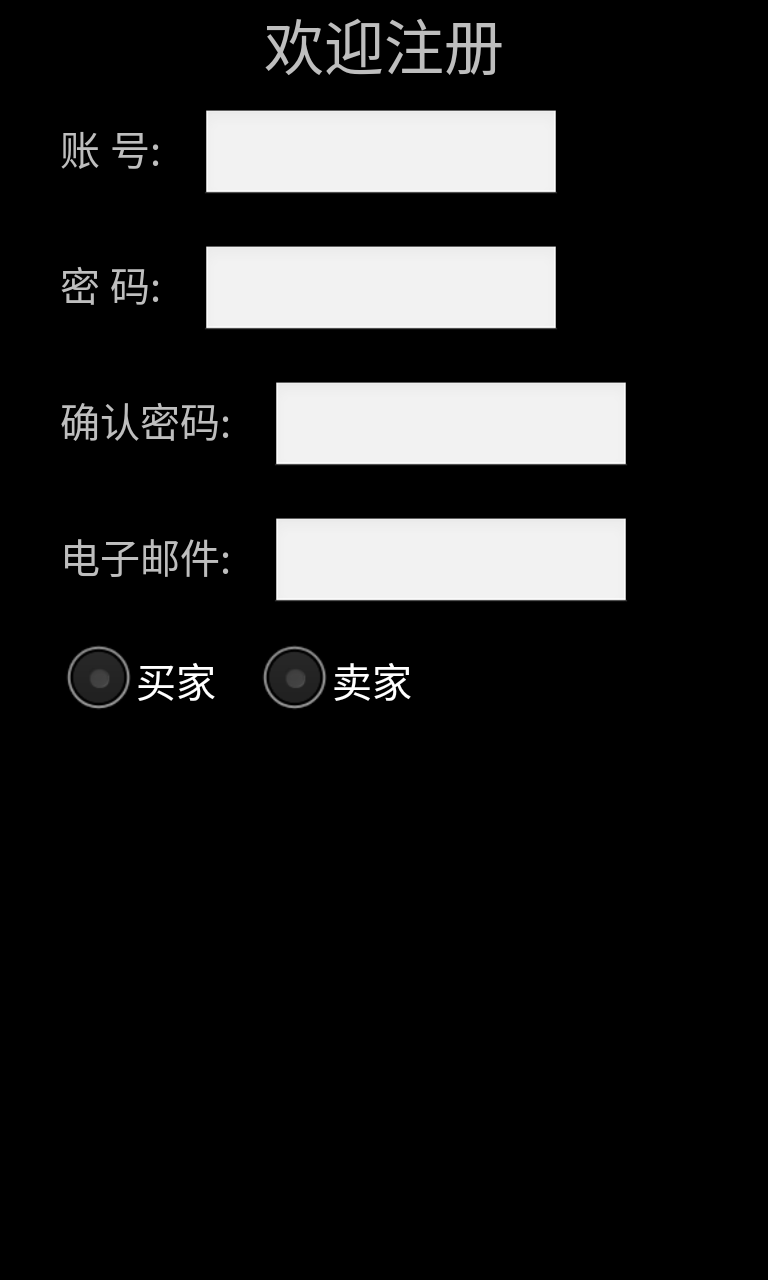
Repository: jcyfkimi/Android-TaoTao
Layout: TaoTao/res/layout/reg.xml
An editor plug-in stored every save of this project. The layout is shown before and after the next save, followed by the edit.
It is drawn on a 768 x 1280 px phone screen (xhdpi) without system bars, with theme android:Theme; the app's code is not run.

Above is the layout before, as saved 2011-09-13 07:25:18.

After the next save:
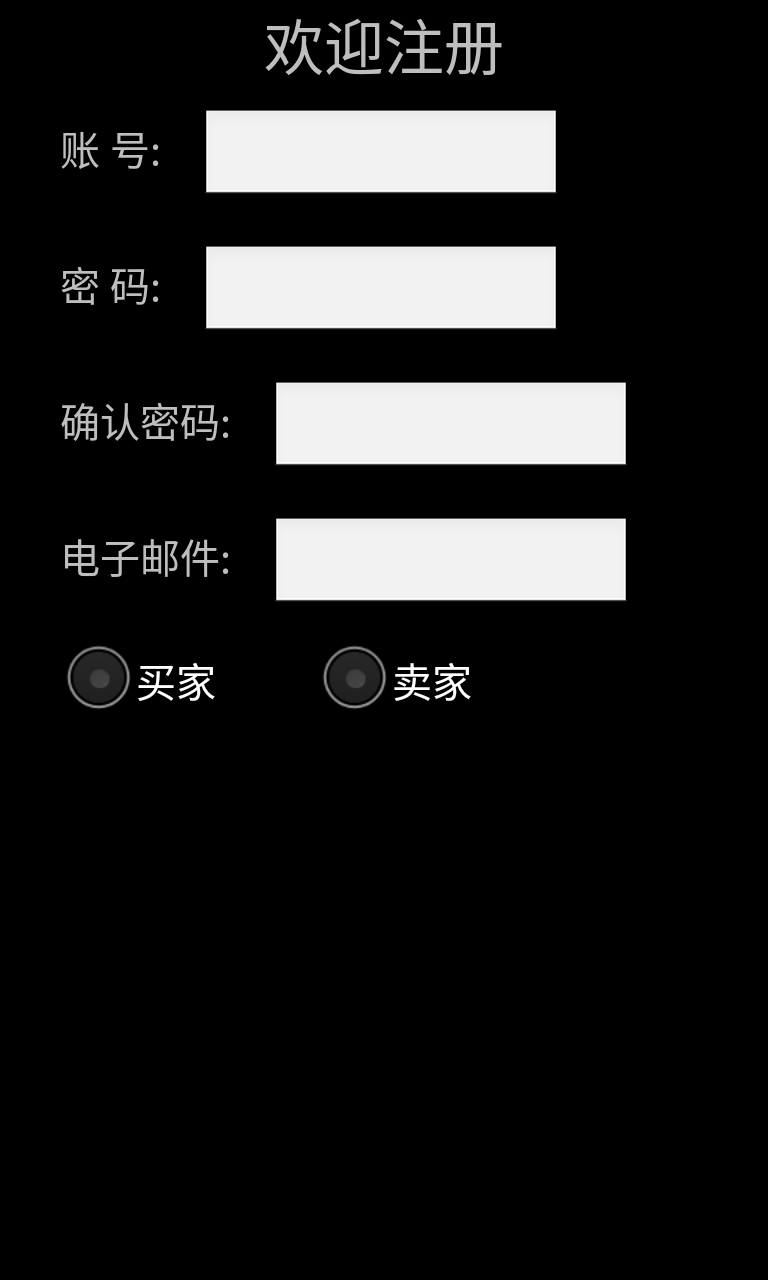
Saved 6 s later.
--- a/TaoTao/res/layout/reg.xml
+++ b/TaoTao/res/layout/reg.xml
@@ -105,7 +105,7 @@
 		  		<RadioButton android:id="@+id/utype"
 		  			android:layout_width="wrap_content"
 		  			android:layout_height="wrap_content"
-		  			android:layout_marginLeft="20dip"
+		  			android:layout_marginLeft="50dip"
 		  			android:text="@string/rdosailer"
 		  			android:textSize="20dip"/>
 		  	</RadioGroup>
